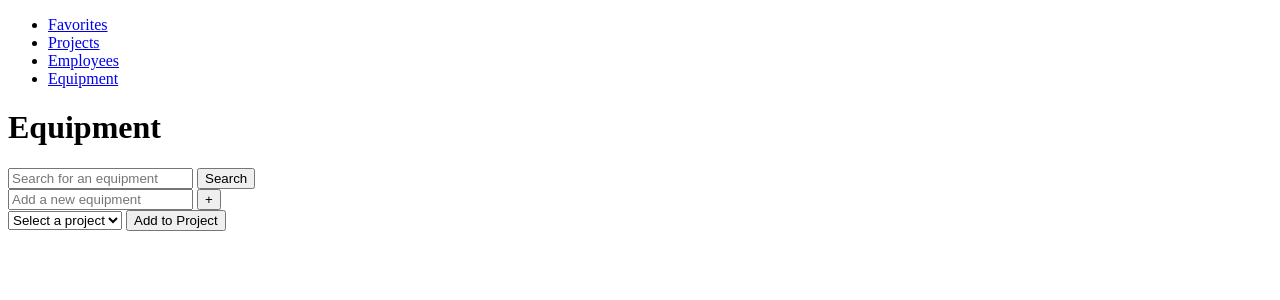
Repository: Kayla-amr/workApp
Page: client/equipment.html
An editor plug-in stored every save of this project. The page is shown before and after the next save, followed by the edit.
The browser window is 1280 px wide. The pictures show the whole page.
The page's requests for data from a server got no answer.

Above is the page before, as saved 2023-12-11 11:10:15.

After the next save:
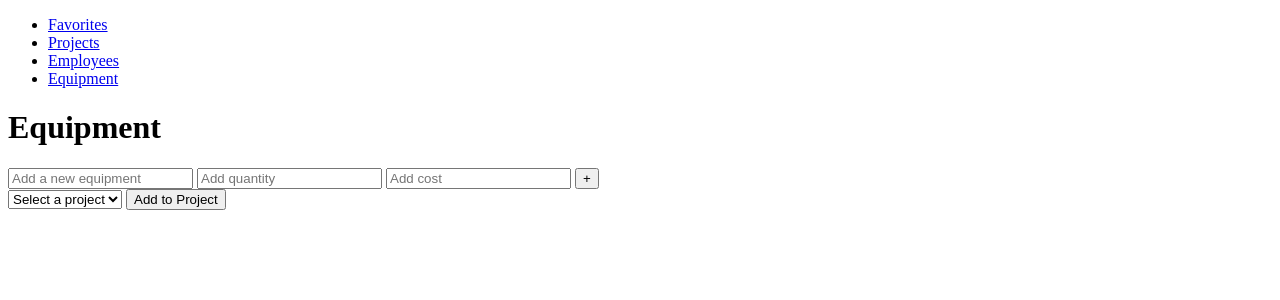
Saved 8 s later.
--- a/client/equipment.html
+++ b/client/equipment.html
@@ -18,13 +18,10 @@
         </div>
         <h1>Equipment</h1>
 
-        <div class="search">
-            <input class="searchEquipment" type="text" placeholder="Search for an equipment">
-            <button class="searchEBtn">Search</button>
-        </div>
-
         <div class="input">
             <input class="userEName" type="text" placeholder="Add a new equipment">
+            <input class="userEQuantity" type="number" placeholder="Add quantity">
+            <input class="userECost" type="number" placeholder="Add cost">
             <button class="addEInput">+</button>
         </div>
 
